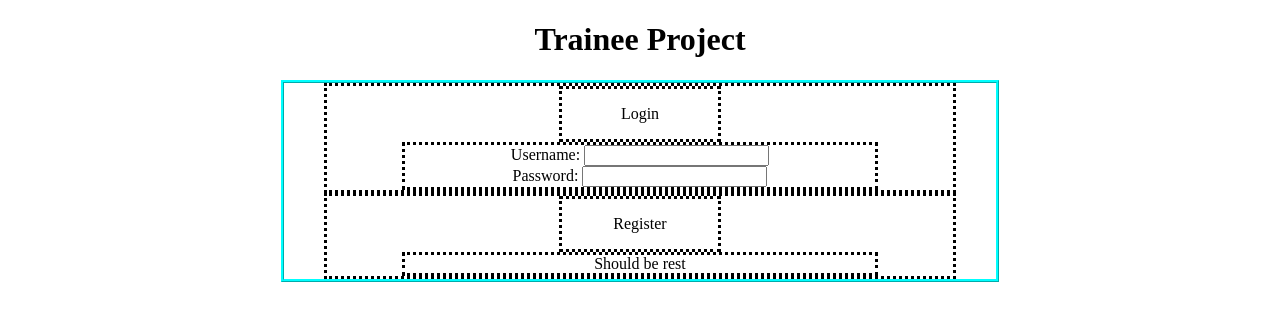
Repository: LsCodeMaster/Training
Page: Trainee/WebContent/trainee.html
The author's editor kept a copy of each file at every save. The page is drawn from the files as they stood at one save, then again after the next save.
The browser window is 1280 px wide. The pictures show the whole page.

Above is the page before, as saved 2015-09-15 10:20:12.

### Trainee/WebContent/trainee.html
<!DOCTYPE html>
<html>
<head>
<meta charset="ISO-8859-1">
<title>Trainee Project</title>
<link type = "text/css" href="css/style.css" rel="stylesheet">
</head>
<body>
	<h1>Trainee Project</h1>
	<div class="centeredBox">
		<div>
			<div class="loginType">
				<p>Login</p>
			</div>
			<div class="loginInfo">
				<form name="login">
					Username: <input type="text"><br/>
					Password: <input type="password"><br/>
				</form>
			</div>
		</div>
		<div>
			<div class="loginType">
				<p>Register</p>
			</div>
			<div class="loginInfo">
				Should be rest
			</div>
		</div>
	</div>
</body>
</html>

### Trainee/WebContent/css/style.css
.centeredBox{
    margin: auto;
	border-style: ridge;
	border-color: aqua;
	width: 50%;
	padding: 40 px;
	padding-left: 40px;
	padding-right: 40px;
}
.centeredBox div{
	border-style: dotted;
	text-align: center;
}
.loginType{
	display: inline-block;
	width: 25%;
}
.loginInfo{
	display: inline-block;
	width:75%;
}
h1{
    text-align: center;
}
.border{
	border-style: dotted;
}

After the next save:
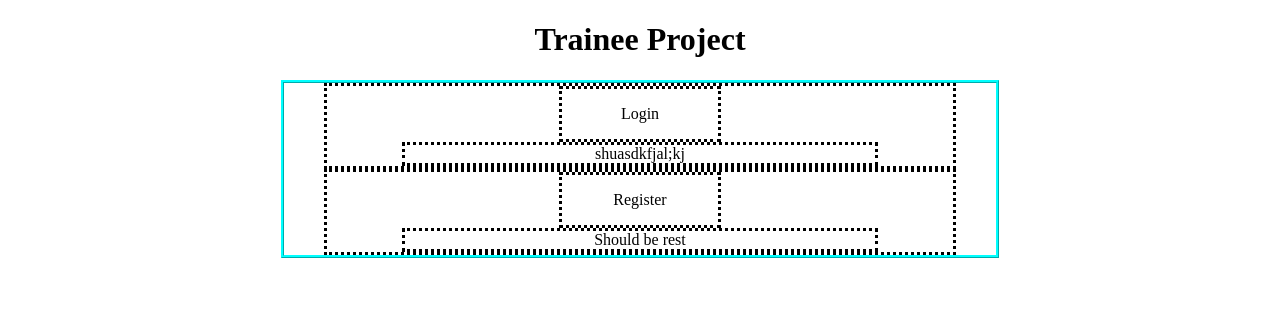
Saved 31 s later.
--- a/Trainee/WebContent/trainee.html
+++ b/Trainee/WebContent/trainee.html
@@ -13,10 +13,7 @@
 				<p>Login</p>
 			</div>
 			<div class="loginInfo">
-				<form name="login">
-					Username: <input type="text"><br/>
-					Password: <input type="password"><br/>
-				</form>
+				shuasdkfjal;kj
 			</div>
 		</div>
 		<div>
